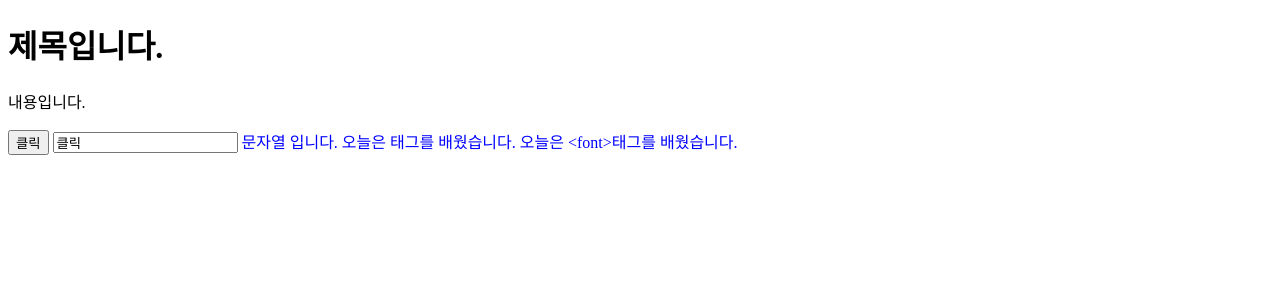
Repository: sungken/htmlProject
Page: ClientTest/src/main/webapp/html/ex03_basic.html
The author's editor kept a copy of each file at every save. The page is drawn from the files as they stood at one save, then again after the next save.
The browser window is 1280 px wide. The pictures show the whole page.

Above is the page before, as saved 2024-03-12 06:39:43.

### ClientTest/src/main/webapp/html/ex03_basic.html
<!DOCTYPE html>
<html>
<head>
<meta charset="UTF-8">
<title>Insert title here</title>
</head>
<body>
	<!-- ex03_basic.html -->
	<!--

	1. 태그(Tag) / 요소(Element)
	2. 속성(Attributy)
	3. 텍스트(PCDATA)
	-------------------------------------------------------- 많이 쓰임
	4. 주석(Comment)
	-------------------------------------------------------- 어느정도 쓰임
	5. 선언문(Declaration)
	6. 엔티티(Entity)
	7. 외부요소
	8. 등등

	1. 태그(Tag) / 요소(Element)
	- 명령어를 <>로 묶어놓은 요소
	- HTML 문법의 주요 요소
	- HTML 문서의 골격(뼈대)를 만드는 역할(레어아웃을 잡는 역할)
	- 데이터(문자열, 이미지 등)을 출력하는 역할
	- 각 태그마다 역할 부여 > 출력되는 형태 or 기능이 다르다.

	1.1 HTML 태그 표현 방식
		a. <태그명> 내용물 영역</태그명>
		- 쌍태그
		- <태그명>: 시작태그
		- </태그명>: 끝 태그
		- 영역을 가지는 태그

		b.<태그명>, <태그명></태그명>, <태그명 />
		- 단독태그, 빈태그(Empty Tag)
		- 영역을 가지지 않는 태그

	1.2 태그 내용물 형식, Comtent Type
	- <태그>형식</태그>
		a. 자식 태그
			- 또다른 태그들이 내용물로 구성된다.
			- 문자열은 올 수 없다.
		b. PCDATA, Parsed Charater Data
			- 문자열만 올 수 있다.
			- 자식 태그를 가질 수 없다.
		c. Empty
			- 아무것도 가지지 않는다. > 빈태그, 단독 태그
		d. Mixed, 혼합형
			- 자식으로 태그와 문자열이 모두 올 수 있다.
			- a + b + c
			- HTML 태그의 대부분의 태그는 혼합형이다.

	2. 속성(Attributy)
	- 태그가 가지는 데이터의 한 종류
	- 태그의 성질을 정의하는 요소
	- 표기법
		a. <시작태그 속성명="값"></끝태그>
		   <시작태그 속성명="값" 속성명="값" 속성명="값"></끝태그>
		b. <단독태그 속성명="값">
		c. <시작태그 속성명="값"></끝태그>: 사용O
		d. <시작태그 속성명='값'></끝태그>: 사용O
		e. <시작태그 속성명=값></끝태그>: 사용X -- 코드관리할때 문제가 많음

	3. 텍스트(PCDATA)
	- 태그가 가지는 데이터
	- 시작태그와 끝태그 사이의 모든 문자열
	- 용도: 화면에 출력하는 데이터


	6. 엔티티(Entity)
	- 브라우저와 정해진 약속이 되어있는 표현
		> 소스상에 약속된 표현을 작성하면 브라우저는 화면에 출력하기 전에 약속된 표현으로 바꿔서 출력한다.
		> Built-in Entity
	- A > B
	- &nbsp; -> 공백 1개
	- &lt; -> (<)
	- &gt; -> (>)

	 -->
	<h1>제목입니다.</h1>
	<p>내용입니다.</p>
	<input type="button"
		   value="클릭">

	<input type="chackbox"
		   value="클릭">

	<font color="blue">문자열 입니다.</font>
	<font color="blue">오늘은 <font>태그를 배웠습니다.</font>
	<font color="blue">오늘은 &lt;font&gt;태그를 배웠습니다.</font>

</body>
</html>

After the next save:
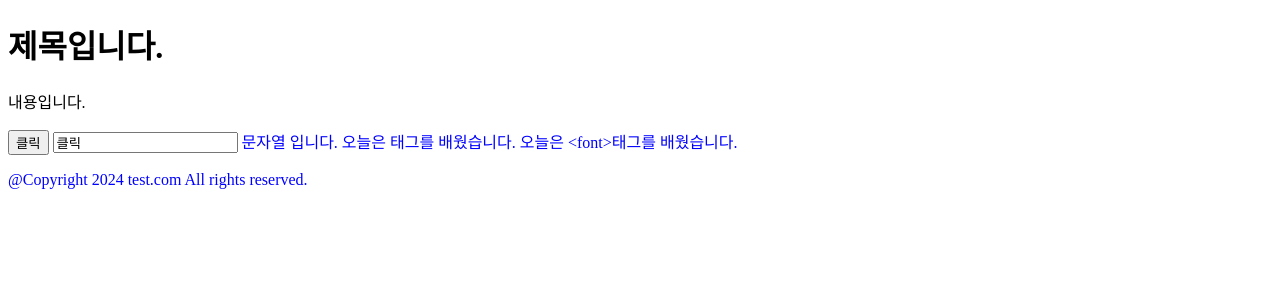
Saved 76 s later.
--- a/ClientTest/src/main/webapp/html/ex03_basic.html
+++ b/ClientTest/src/main/webapp/html/ex03_basic.html
@@ -77,6 +77,7 @@
 	- &nbsp; -> 공백 1개
 	- &lt; -> (<)
 	- &gt; -> (>)
+	- &copy;
 
 	 -->
 	<h1>제목입니다.</h1>
@@ -90,6 +91,7 @@
 	<font color="blue">문자열 입니다.</font>
 	<font color="blue">오늘은 <font>태그를 배웠습니다.</font>
 	<font color="blue">오늘은 &lt;font&gt;태그를 배웠습니다.</font>
+	<p>@Copyright 2024 test.com All rights reserved.</p>
 
 </body>
 </html>
